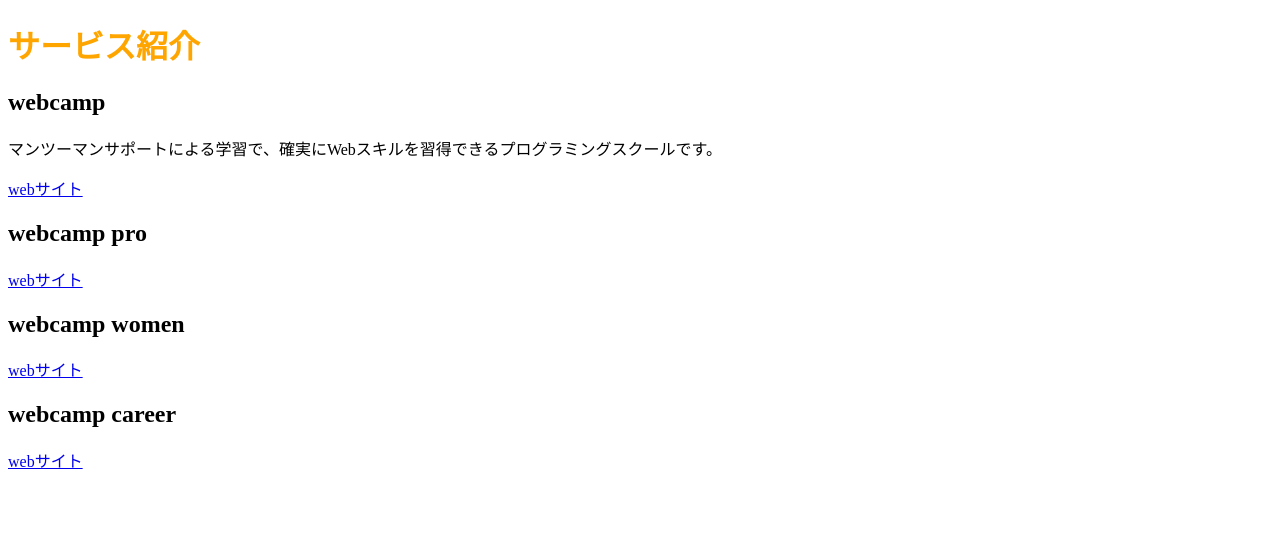
Repository: 220416/kadai1
Page: sample/chapter2Execise.html
The author's editor kept a record of every edit. The page is drawn from the files as they stood at one moment, then again after the next edit.
The browser window is 1280 px wide. The pictures show the whole page.

Above is the page before.

### sample/chapter2Execise.html
<!DOCTYPE HTML>
<html lang="ja">
  <head>
    <meta charset="UTF-8" />
    <title>初めてのHTML</title>
    <link rel="stylesheet" href="style1.css" />
  </head>
<!--コメント記述は行を選択してctrl + /-->
  <body>
    <h1>サービス紹介</h1>

    <h2>webcamp</h2>
    <p>マンツーマンサポートによる学習で、確実にWebスキルを習得できるプログラミングスクールです。</p>
    <a href="#">webサイト</a>

    <h2>webcamp pro</h2>
    <p></p>
    <a href="#">webサイト</a>

    <h2>webcamp women</h2>
    <p></p>
    <a href="#">webサイト</a>

    <h2>webcamp career</h2>
    <p></p>
    <a href="#">webサイト</a>
  </body>
</html>

Loaded but not shown: sample/style1.css (common file)

After the next edit:
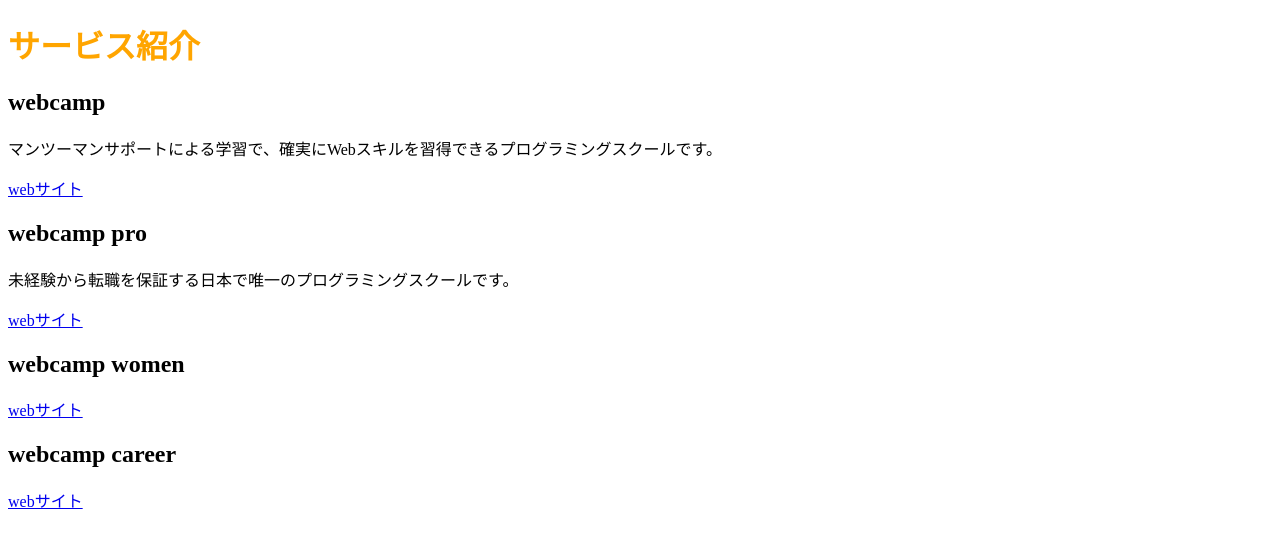
The edit:
--- a/sample/chapter2Execise.html
+++ b/sample/chapter2Execise.html
@@ -14,7 +14,7 @@
     <a href="#">webサイト</a>
 
     <h2>webcamp pro</h2>
-    <p></p>
+    <p>未経験から転職を保証する日本で唯一のプログラミングスクールです。</p>
     <a href="#">webサイト</a>
 
     <h2>webcamp women</h2>
